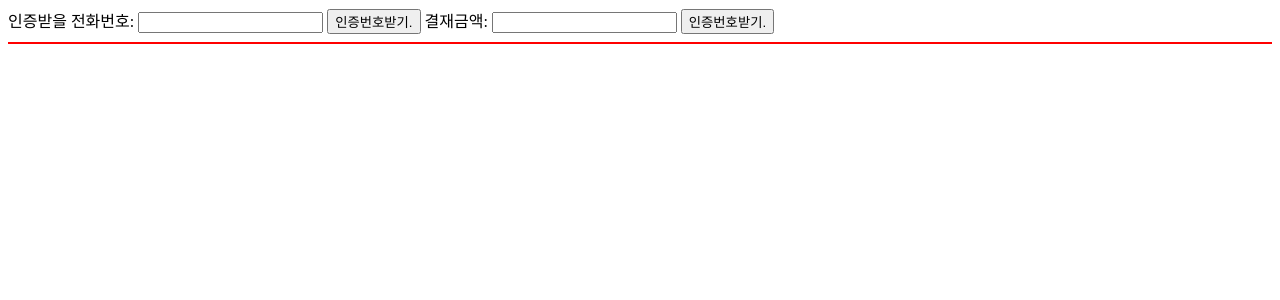
Repository: Yusubin/springEx
Page: http://localhost/spring04/ajax1.jsp
An editor plug-in stored every save of this project. The page is shown before and after the next save, followed by the edit.
The browser window is 1280 px wide. The pictures show the whole page.
The page is served by Tomcat 9. Other server files are loaded and not shown.

Above is the page before, as saved 2022-02-17 08:35:41.

### spring04/src/main/webapp/ajax1.jsp
<%@ page language="java" contentType="text/html; charset=UTF-8"
	pageEncoding="UTF-8"%>

<!DOCTYPE html>
<html>
<head>
<meta charset="UTF-8">
<script src="https://ajax.googleapis.com/ajax/libs/jquery/3.6.0/jquery.min.js"></script>
<title>Insert title here</title>

<script>
$(function(){

	$('#b1').click(function(){
		$.ajax({
			url:"ajax1",
			data:{
				phone: $('#tel').val()
			},
			success: function(x){
				$('#result').html('인증번호는'+x)
			},
			error: function(){
				alert('실패!');
			},

		});
	});

});
</script>
</head>
<body>
인증받을 전화번호:
<input type="text" id="tel">
<button id="b1">인증번호받기.</button>

결재금액:
<input type="text" id="money">
<button id="b1">인증번호받기.</button>

<hr color="red">
<div id="result"></div>
</body>
</html>

After the next save:
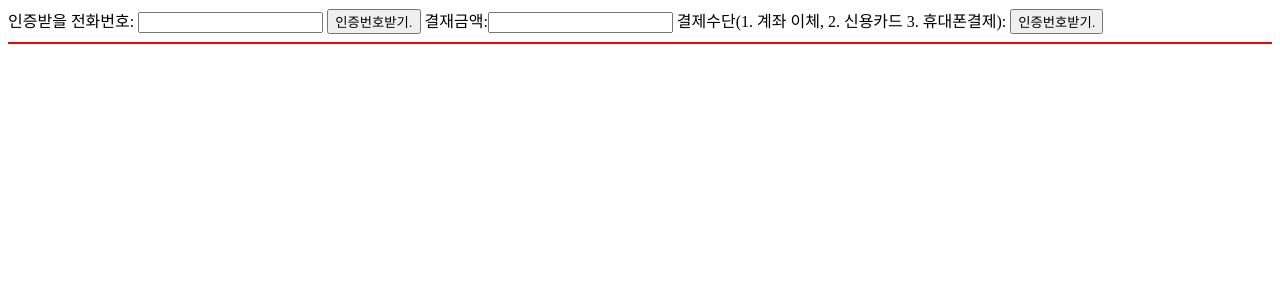
Saved 42 s later.
--- a/spring04/src/main/webapp/ajax1.jsp
+++ b/spring04/src/main/webapp/ajax1.jsp
@@ -35,8 +35,8 @@ $(function(){
 <input type="text" id="tel">
 <button id="b1">인증번호받기.</button>
 
-결재금액:
-<input type="text" id="money">
+결재금액:<input type="text" id="money">
+결제수단(1. 계좌 이체, 2. 신용카드 3. 휴대폰결제):
 <button id="b1">인증번호받기.</button>
 
 <hr color="red">
